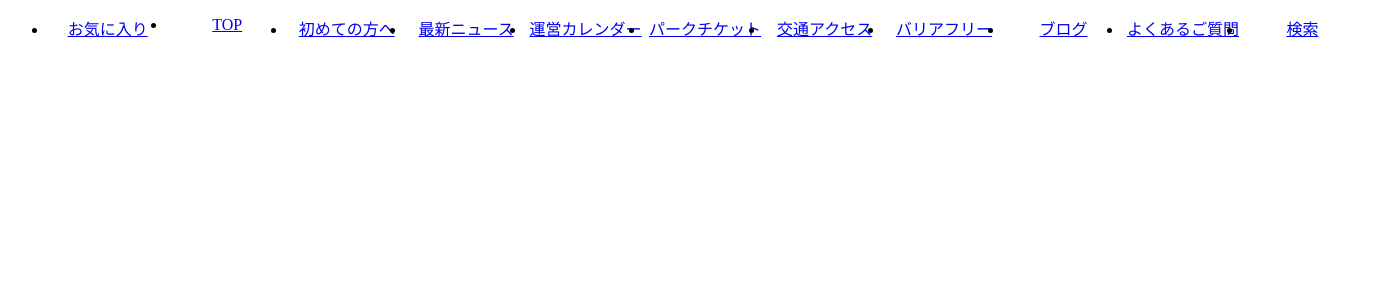
Repository: mizoguhi/mizoguhi
Page: 004_navigation/disney_navigation.html
The author's editor kept a record of every edit. The page is drawn from the files as they stood at one moment, then again after the next edit.
The browser window is 1280 px wide. The page is 1376 px wide, so the pictures cover 1376 px, including what lies to the right of the window. The pictures show the whole page.

Above is the page before.

After the next edit:
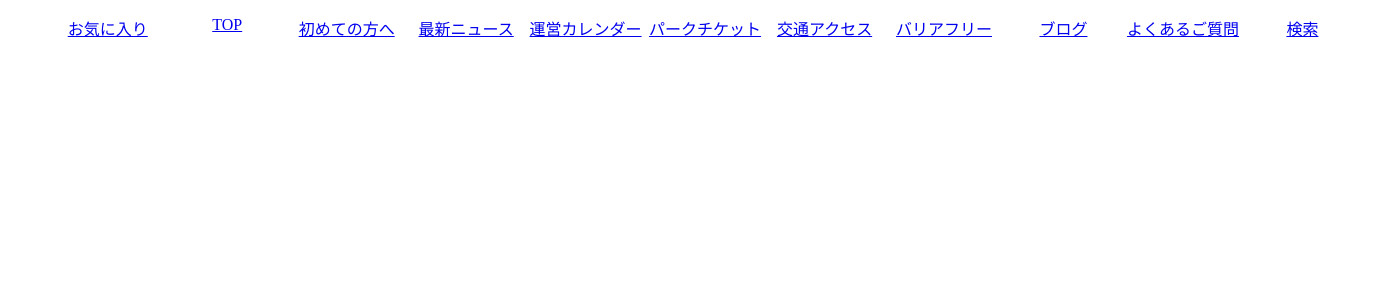
The edit:
--- a/004_navigation/disney_navigation.html
+++ b/004_navigation/disney_navigation.html
@@ -36,6 +36,7 @@
                 height: 94px;
                 text-align: center;
                 position: relative;
+                list-style: none;
 	    }
 	</style>
 </body>
